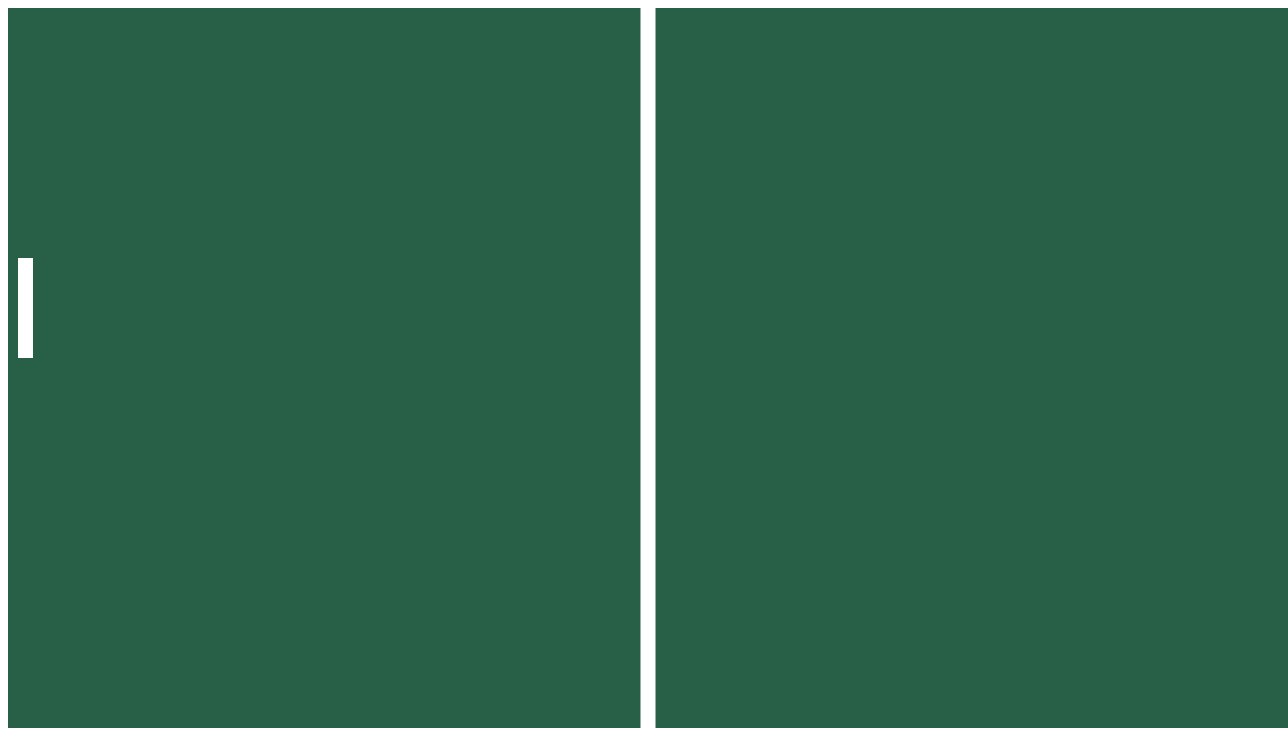
Repository: luizgaivaa/Game
Page: index.html
These files come from the project's save history. The page is drawn as it stood at one moment and after a run of saves; the edit follows.
The browser window is 1280 px wide. The page is 1288 px wide, so the pictures cover 1288 px, including what lies to the right of the window. The pictures show the whole page.

Above is the page before, as saved 2024-03-26 16:04:36.

### index.html
<!DOCTYPE html>
<html lang="en">
<head>
    <meta charset="UTF-8">
    <meta name="viewport" content="width=device-width, initial-scale=1.0">
    <title>Ping_pong</title>
</head>
<body>
    <canvas></canvas>
        <script>
               const canvasEl = document.querySelector("canvas")
        const canvasCtx = canvasEl.getContext("2d")

        const lineWidth = 15
        function setup(){
            canvasEl.width = canvasCtx.width = window.innerWidth
            canvasEl.height = canvasCtx.height = window.innerHeight
        }

        function draw (){
            canvasCtx.fillStyle = "#286047"
            canvasCtx.fillRect(0,0, window.innerWidth, window.innerHeight)

            canvasCtx.fillStyle = "#ffffff"
            const x= window.innerWidth /2 - lineWidth /2
            const y = 0
            const w = lineWidth
            const h = window.innerHeight

            canvasCtx.fillRect(x,y,w,h)
            //raquete esquerda
            canvasCtx.fillRect(10,250,lineWidth,100)

            //raquete direita
            canvasCtx.fillRect(window.height - lineWidth - 10, 250, lineWidth, 200)

        }
        setup()
        draw()
        </script>


</body>
</html>

After the next 2 saves:
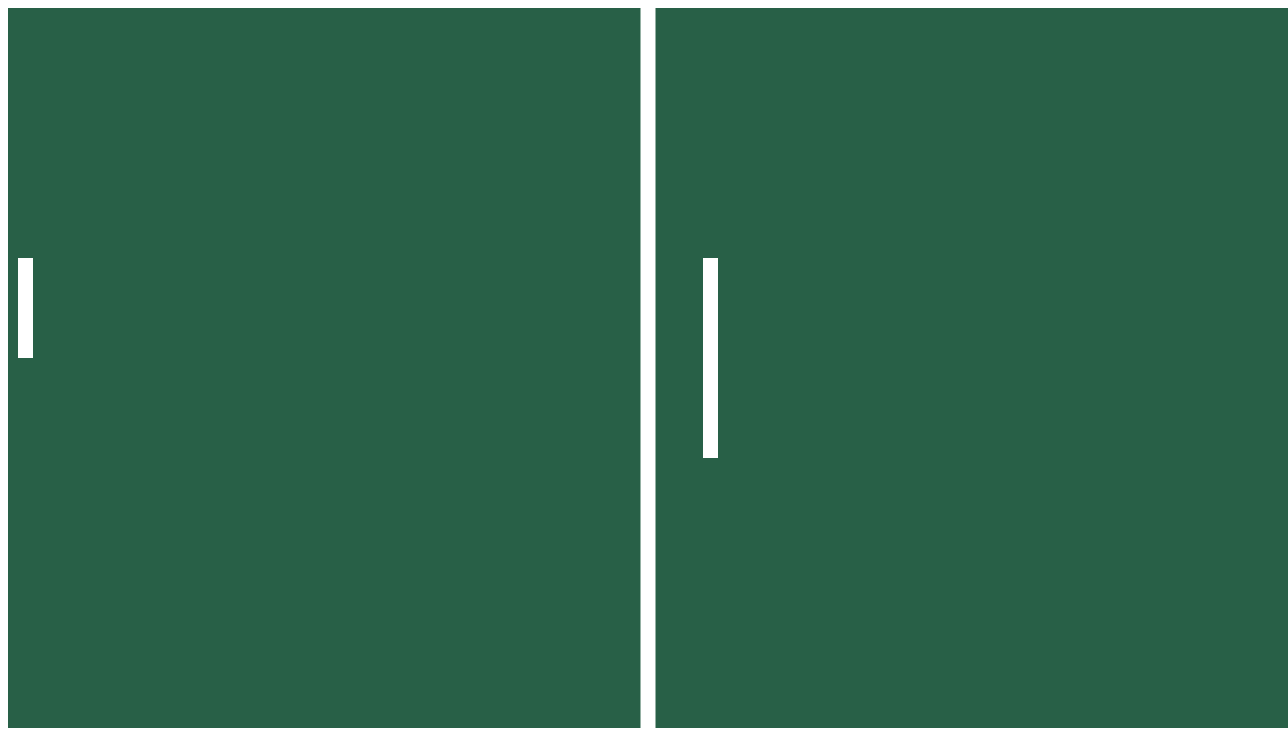
The 2 saves are shown as one change because they came seconds apart.
The last was saved 23 s later.
--- a/index.html
+++ b/index.html
@@ -32,7 +32,7 @@
             canvasCtx.fillRect(10,250,lineWidth,100)
 
             //raquete direita
-            canvasCtx.fillRect(window.height - lineWidth - 10, 250, lineWidth, 200)
+            canvasCtx.fillRect(window.innerHeight - lineWidth - 10, 250, lineWidth, 200)
 
         }
         setup()
